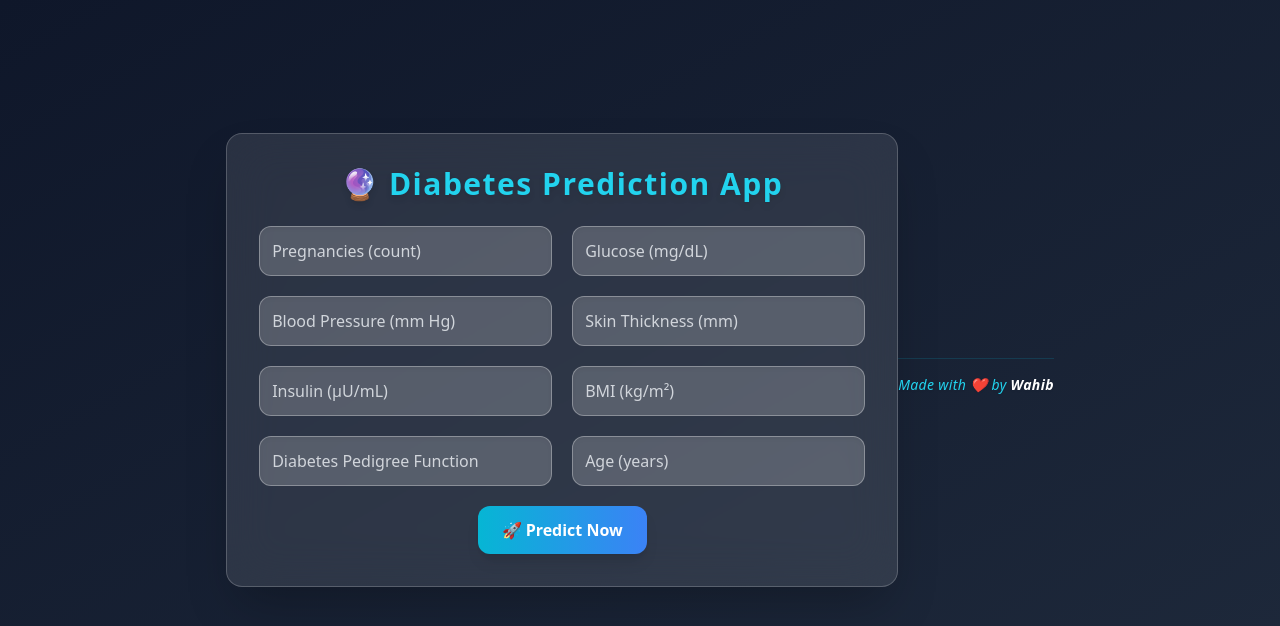
Repository: wahibkhannn/pima-diabetes-app
Page: / (app in frontend/)
The author's editor kept a copy of each file at every save. The page is drawn from the files as they stood at one save, then again after the next save.
The browser window is 1280 px wide. The pictures show the whole page.
The project was rebuilt for these pictures with package versions that can differ from the ones it lists, and the page was loaded fresh each time.

Above is the page before, as saved 2025-06-30 20:33:27.

After the next save:
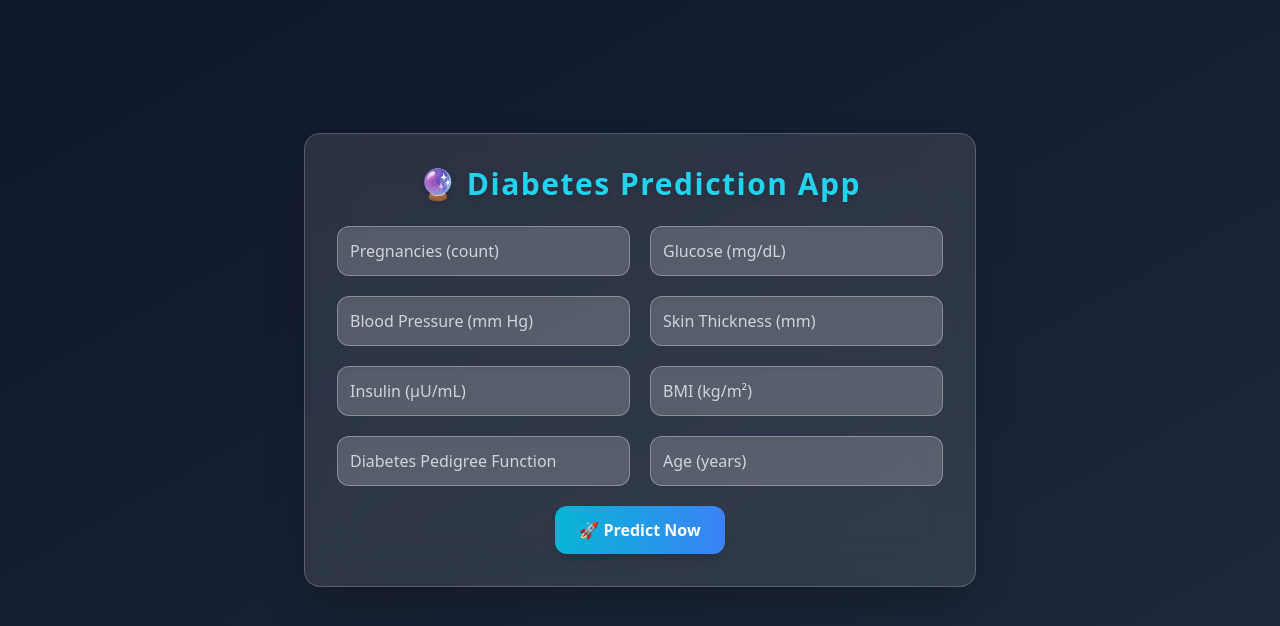
Saved 82 s later.
--- a/frontend/src/DiabetesPredictor.js
+++ b/frontend/src/DiabetesPredictor.js
@@ -149,11 +149,7 @@ const DiabetesPredictor = () => {
       </div>
       <div>
       </div>
-      <div className="mt-8 border-t border-cyan-700/30 pt-4 text-center">
-        <p className="text-sm text-cyan-400 tracking-wide italic drop-shadow-sm">
-          Made with ❤️ by <span className="font-semibold text-white">Wahib</span>
-        </p>
-      </div>
+
 
     </div>
   );
